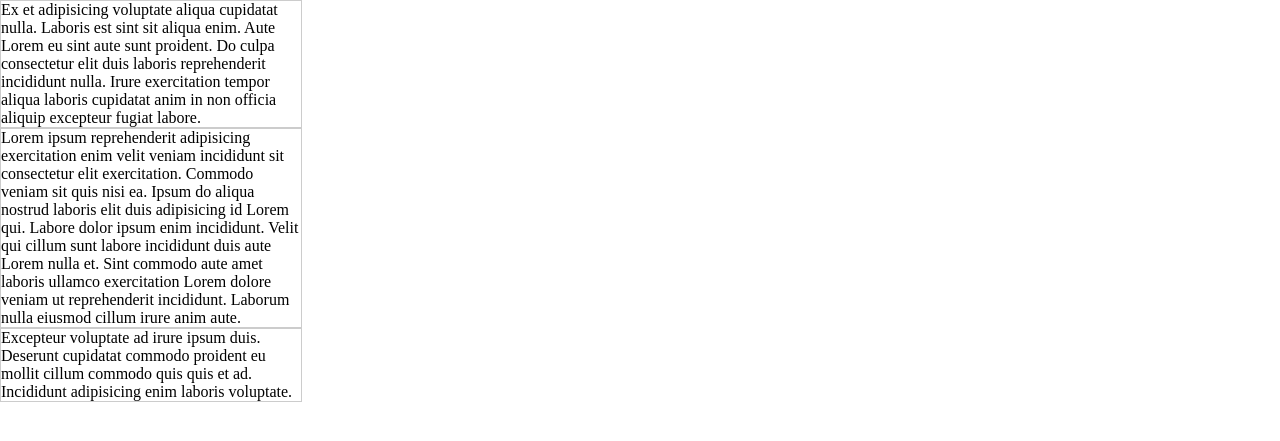
Repository: Kebiskim/2023_WebStudy
Page: 01_css/src/main/webapp/day01/Ex17_Position.html
These files come from the project's save history. The page is drawn as it stood at one moment and after the next save; the edit follows.
The browser window is 1280 px wide. The pictures show the whole page.

Above is the page before, as saved 2023-06-23 08:03:59.

After the next save:
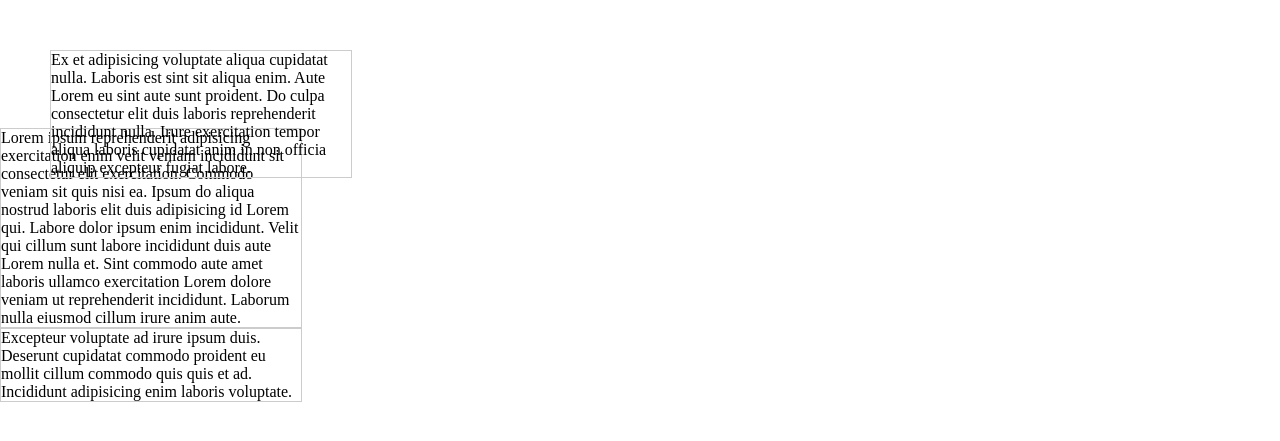
Saved 56 s later.
--- a/01_css/src/main/webapp/day01/Ex17_Position.html
+++ b/01_css/src/main/webapp/day01/Ex17_Position.html
@@ -22,7 +22,7 @@
 	 */
 
 	#pos1{
-		position: static;
+		position: relative;
 		left: 50px;
 		top: 50px;
 	}
